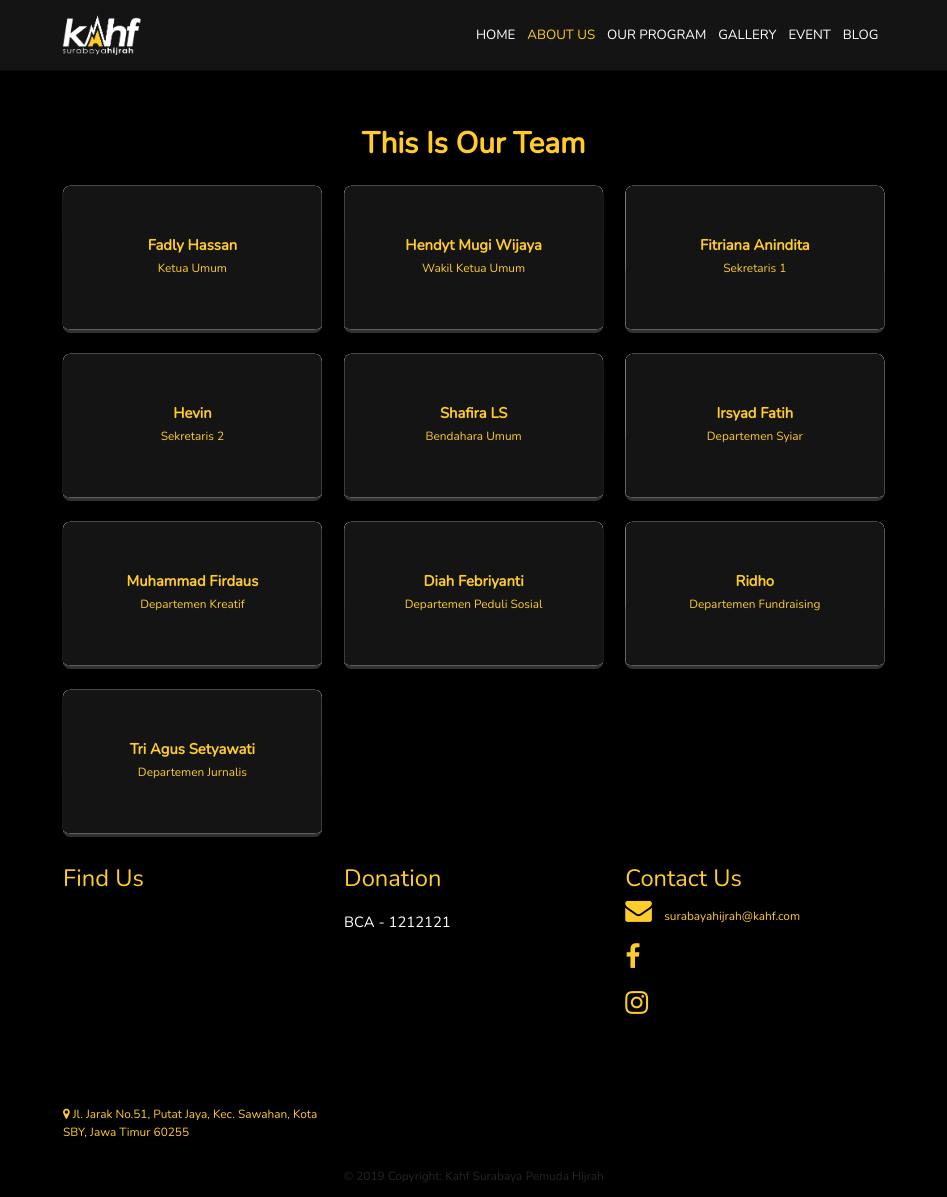
Repository: shandytp/surabaya-hijrah
Page: http://localhost/about.php
The author's editor kept a copy of each file at every save. The page is drawn from the files as they stood at one save, then again after the next save.
The browser window is 1280 px wide. The pictures show the whole page, at 74% of full size.
Pictures or frames that could not be fetched are drawn as grey boxes. Some web libraries are served in a nearby version. The page is run by PHP 8.4 with error messages shown; the project is at /var/www/html/.

Above is the page before, as saved 2019-08-20 14:04:14.
Console error: TypeError: Cannot read properties of undefined (reading 'fn')

After the next save:
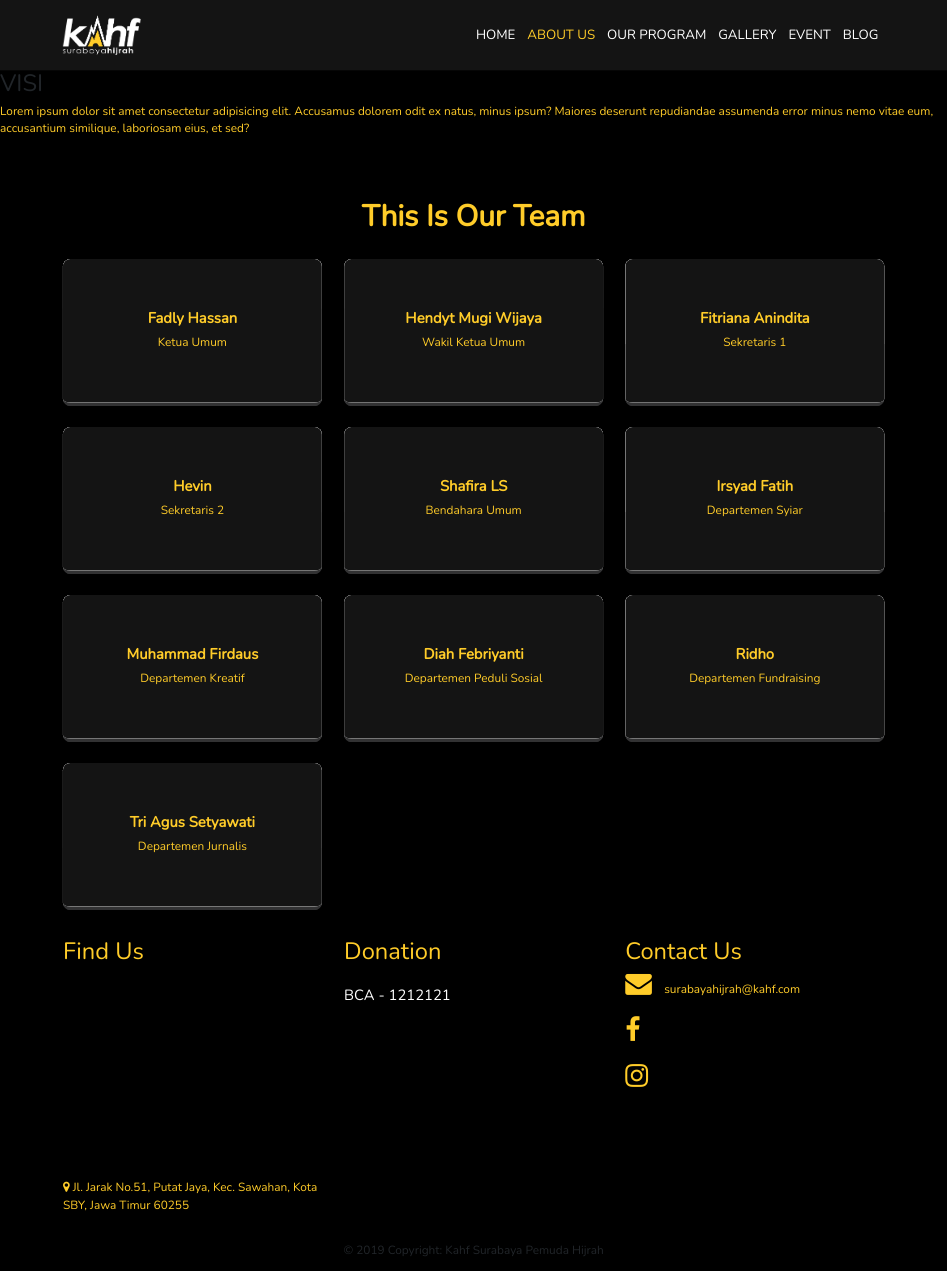
Saved 6 min 43 s later.
--- a/about.php
+++ b/about.php
@@ -84,7 +84,8 @@
 
     <!-- About Us -->
 
-  <h2></h2>
+  <h2>VISI</h2>
+  <p>Lorem ipsum dolor sit amet consectetur adipisicing elit. Accusamus dolorem odit ex natus, minus ipsum? Maiores deserunt repudiandae assumenda error minus nemo vitae eum, accusantium similique, laboriosam eius, et sed?</p>
   <br/>
   <div class="container">
     <h1 class="text-center">This Is Our Team</h1>
